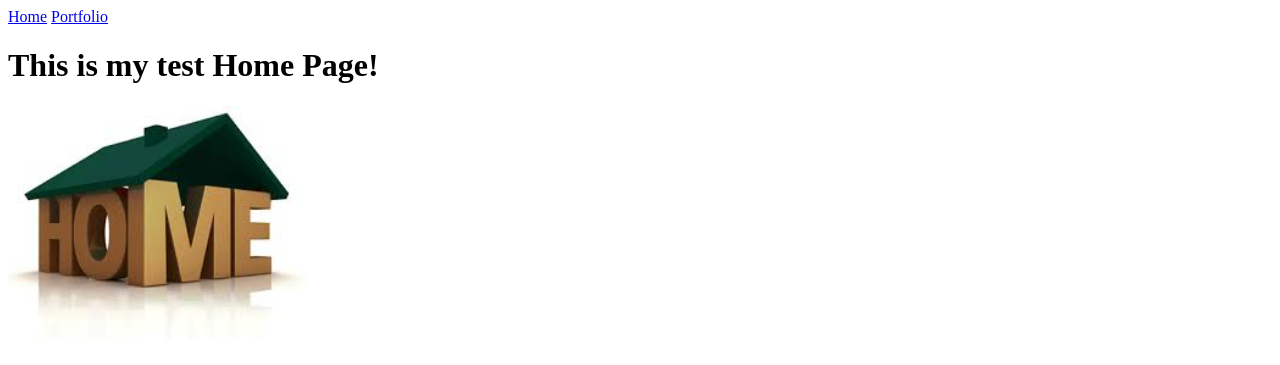
Repository: Fry-Rice/Fry-Rice.github.io
Page: my_website/index.html
The author's editor kept a record of every edit. The page is drawn from the files as they stood at one moment, then again after the next edit.
The browser window is 1280 px wide. The pictures show the whole page.

Above is the page before.

### my_website/index.html
<!doctype html>
<html lang="en">
  <head>
    <meta charset="utf-8">
    <title>Home</title>
  </head>
  <body>
    <a href="index.html">Home</a>
    <a href="portfolio.html">Portfolio</a>
    <h1>This is my test Home Page!</h1>
    <img src="images/home.jpg" height="250">
  </body>
</html>

After the next edit:
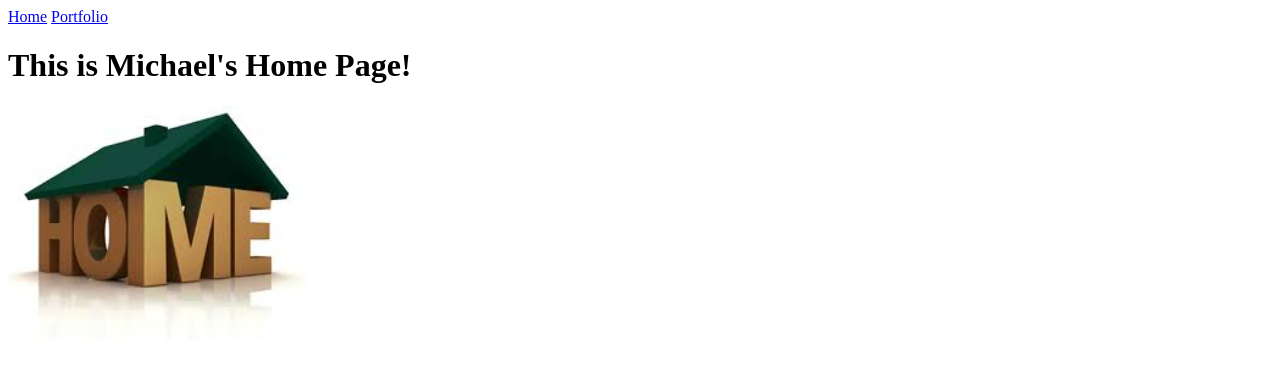
The edit:
--- a/my_website/index.html
+++ b/my_website/index.html
@@ -7,7 +7,7 @@
   <body>
     <a href="index.html">Home</a>
     <a href="portfolio.html">Portfolio</a>
-    <h1>This is my test Home Page!</h1>
+    <h1>This is Michael's Home Page!</h1>
     <img src="images/home.jpg" height="250">
   </body>
 </html>
